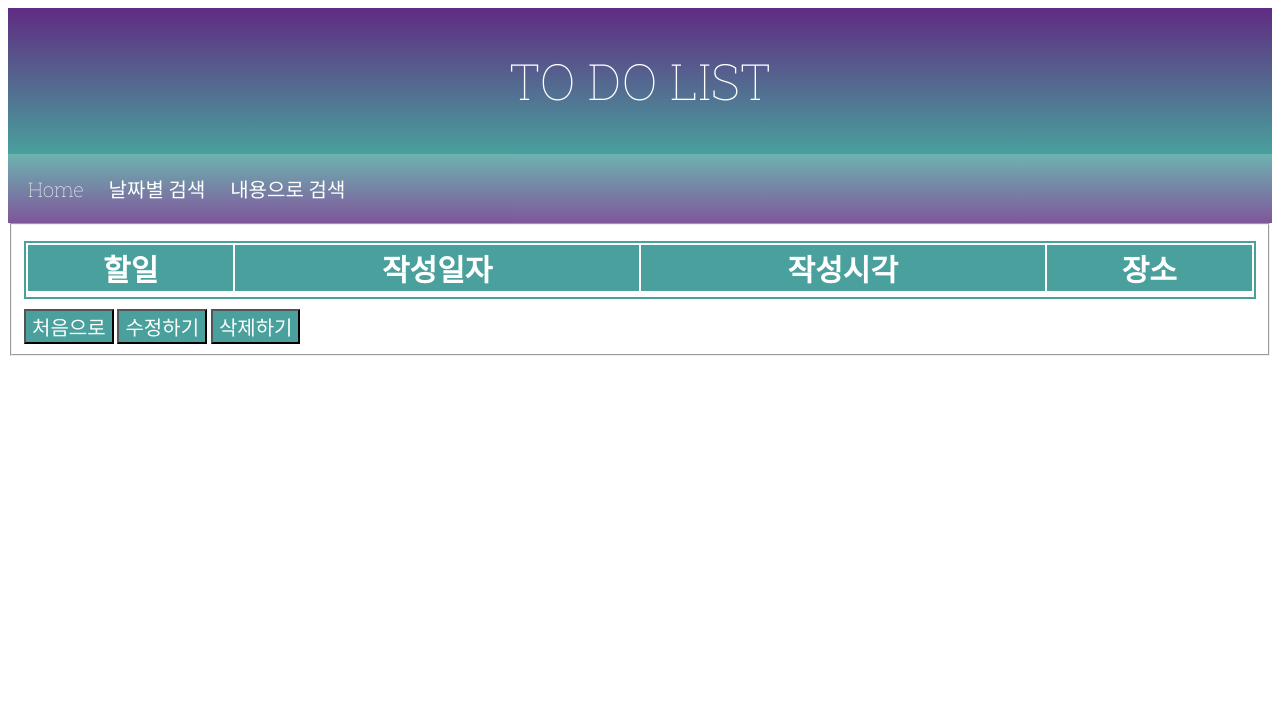
Repository: kimyoungjin98/Exam_Project
Page: http://localhost/Server_PR_TodoList/WEB-INF/views/view.jsp
These files come from the project's save history. The page is drawn as it stood at one moment and after the next save; the edit follows.
The browser window is 1280 px wide. The pictures show the whole page.
Some web fonts or font styles are not loaded; a fallback is used. The page is served by Tomcat 9. Nobody is signed in. Other server files are loaded and not shown. The template is opened directly, without the code that normally fills it, so the values that code supplies are empty.

Above is the page before, as saved 2021-05-25 02:09:06.
Console error: SyntaxError: Unexpected token '}'

### Server_PR_TodoList/src/main/webapp/WEB-INF/views/view.jsp
<%@ page language="java" contentType="text/html; charset=UTF-8"
	pageEncoding="UTF-8"%>
<%@ taglib uri="http://java.sun.com/jsp/jstl/core" prefix="c"%>
<c:set value="${pageContext.request.contextPath}" var="rootPath" />
<!DOCTYPE html>
<html>
<head>
<meta charset="UTF-8">
<title>Insert title here</title>
</head>
<script>
document.addEventListener("DOMContentLoaded",function(ev){
	document.querySelector("fieldset")
	.addEventListener("click", function(ev){

		let cName = ev.target.className

		if(cName == "home"){

			document.location.href="${rootPath}"

		} else if (cName == "update"){

			document.location.href="${rootPath}/todo/update?td_seq=" + ${TD.td_seq}

		} else if (cName == "delete"){

			if(confirm("삭제 하시겠습니까?")){

				document.location.href="${rootPath}/todo/delete?td_seq=" + ${TD.td_seq}

			}


		}

	})
})
</script>
<style>
@import url('https://fonts.googleapis.com/css2?family=Nanum+Myeongjo&family=Roboto+Slab:wght@100;600&display=swap');
* {
		font-family: 'Nanum Myeongjo', serif;
		font-family: 'Roboto Slab', serif;
	}

	table {
		border:2px solid #49a09d;
		width:100%;
		margin:10px auto;
		text-align: center;
		font-size:30px;
	}

	table th {

		background-color:#49a09d;
		color:white;
	}

	button{
		background-color: #49a09d;
		color:white;
		font-size:20px;
		cursor:pointer;
	}
</style>
<body>
<%@ include file="/WEB-INF/views/banner.jsp" %>

<fieldset>
	<table>
		<th>할일</th>
		<th>작성일자</th>
		<th>작성시각</th>
		<th>장소</th>
		<tr data-set="${TD.td_seq}">
			<td>${TD.td_content}</td>
			<td>${TD.td_date}</td>
			<td>${TD.td_time}</td>
			<td>${TD.td_place}</td>
		</tr>
	</table>

	<button class="home">처음으로</button>
	<button class="update">수정하기</button>
	<button class="delete">삭제하기</button>

</fieldset>

</form>
</body>
</html>

### Server_PR_TodoList/src/main/webapp/WEB-INF/views/banner.jsp
<%@ page language="java" contentType="text/html; charset=UTF-8"
    pageEncoding="UTF-8"%>
<%@ taglib uri="http://java.sun.com/jsp/jstl/core" prefix="c"%>
<c:set value="${pageContext.request.contextPath}" var="rootPath" />
<!DOCTYPE html>
<html>
<head>
<meta charset="UTF-8">
<title>Insert title here</title>
</head>
<script type="text/javascript">
document.addEventListener("DOMContentLoaded", function(){
	document.querySelector("nav").addEventListener("click",function(ev){

		let name = ev.target.textContent

		if(name == "Home"){

			document
			.location
			.href="${rootPath}"


		}


	})

})

</script>
<style>
@import url('https://fonts.googleapis.com/css2?family=Nanum+Myeongjo&family=Roboto+Slab:wght@100;600&display=swap');
* {
		font-family: 'Nanum Myeongjo', serif;
		font-family: 'Roboto Slab', serif;
	}

nav li:hover {

	cursor:pointer;

}

h1 {
	margin:auto;
	text-align: center;
	font-size:50px;
	background:linear-gradient(to bottom, #5f2c82, #49a09d);
	color:white;
	padding:40px;
	font-weight: lighter;
}

nav {

	background:linear-gradient(to top, #5f2c82, #49a09d);
	opacity: 0.8;
	color:white;

	font-size:20px;


}

nav ul{
	margin:0px;
	padding:10px;
}

nav li{
	display:inline-block;
	list-style:none;
	padding:10px;
	margin:0;
}


</style>
<body>
	<h1>TO DO LIST</h1>

	<nav>
	<ul>
	<li>Home</li>
	<li>날짜별 검색</li>
	<li >내용으로 검색</li>

	</ul>


	</nav>
</body>
</html>

After the next save:
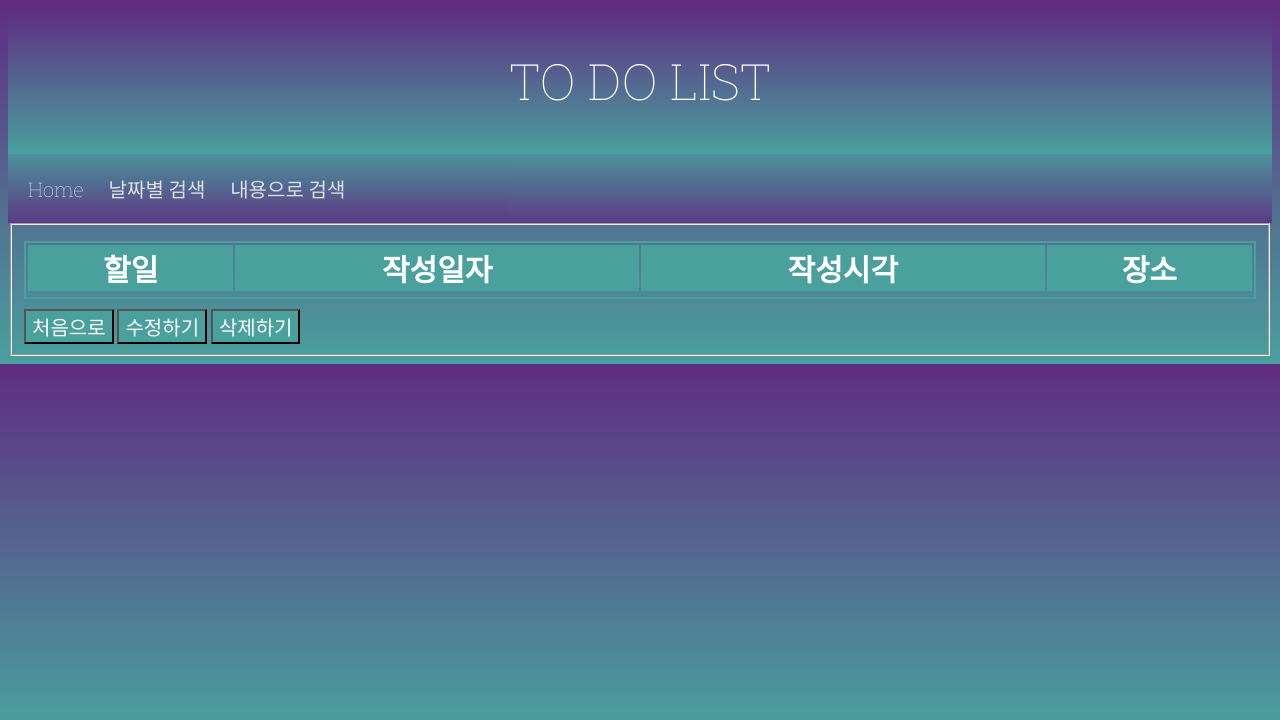
Saved 43 s later.
--- a/Server_PR_TodoList/src/main/webapp/WEB-INF/views/view.jsp
+++ b/Server_PR_TodoList/src/main/webapp/WEB-INF/views/view.jsp
@@ -42,6 +42,10 @@
 * {
 		font-family: 'Nanum Myeongjo', serif;
 		font-family: 'Roboto Slab', serif;
+	}
+
+	body{
+		background:linear-gradient(to bottom, #5f2c82, #49a09d);
 	}
 
 	table {

After the save that followed:
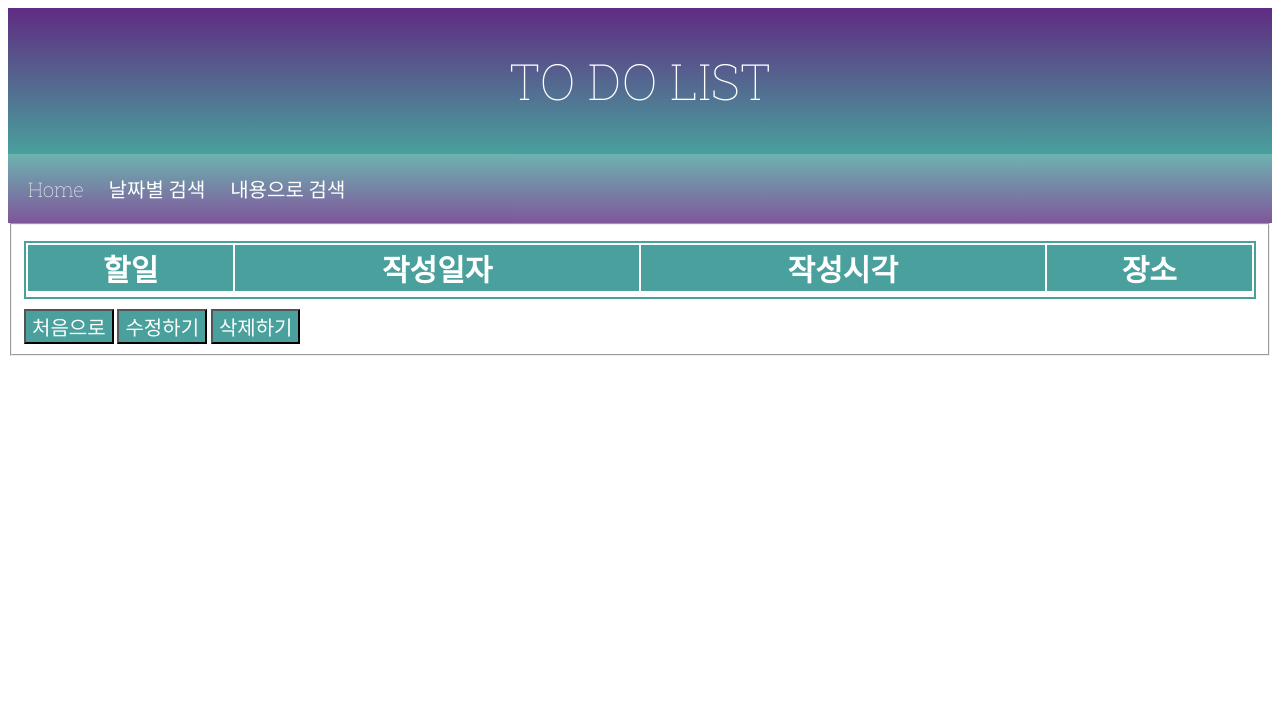
Saved 7 s later.
--- a/Server_PR_TodoList/src/main/webapp/WEB-INF/views/view.jsp
+++ b/Server_PR_TodoList/src/main/webapp/WEB-INF/views/view.jsp
@@ -45,7 +45,7 @@
 	}
 
 	body{
-		background:linear-gradient(to bottom, #5f2c82, #49a09d);
+		background-color: white;
 	}
 
 	table {
